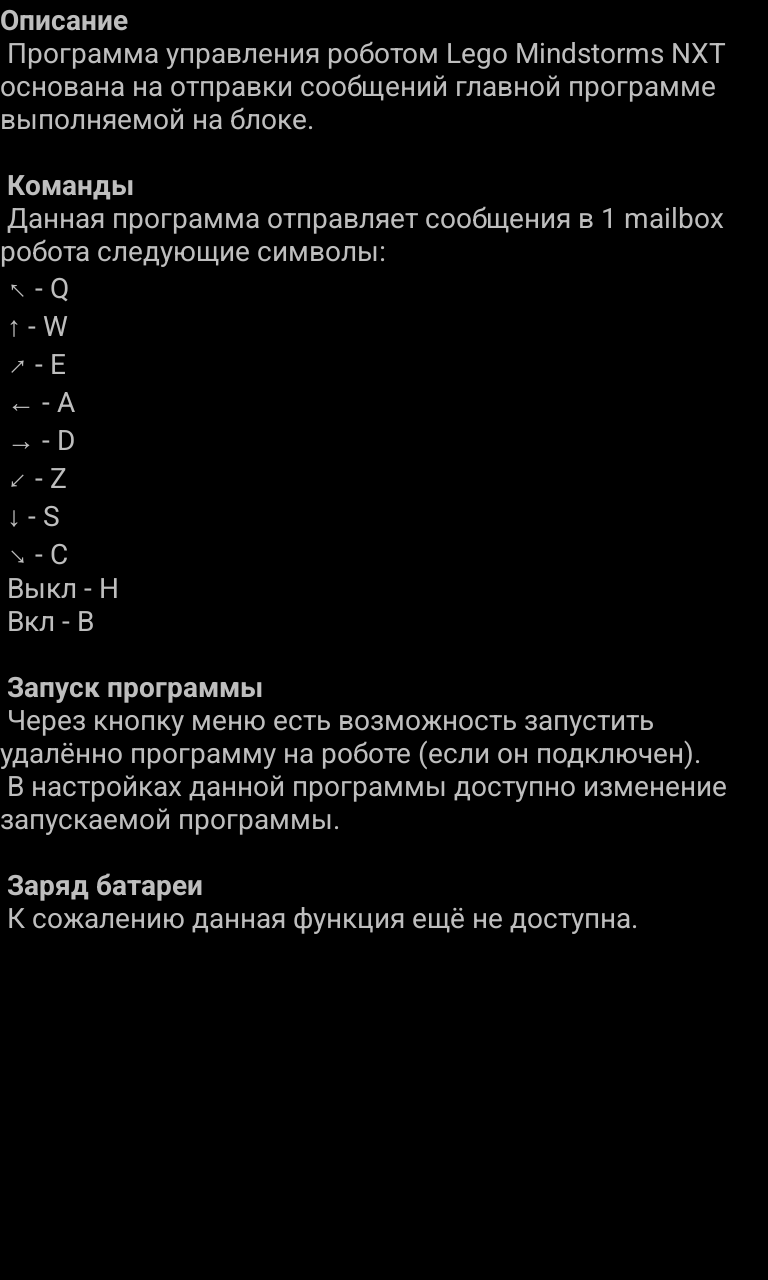
Repository: ssbayanov/panhandlerNXT
Layout: poproshaika/res/layout/help.xml
The author's editor kept a copy of each file at every save. The layout is drawn from the files as they stood at one save, then again after the next save.
It is drawn on a 768 x 1280 px phone screen (xhdpi) without system bars, with theme android:Theme; the app's code is not run.

Above is the layout before, as saved 2012-11-06 07:13:23.

### poproshaika/res/layout/help.xml
<?xml version="1.0" encoding="utf-8"?>
<LinearLayout xmlns:android="http://schemas.android.com/apk/res/android"
    android:layout_width="fill_parent"
    android:layout_height="fill_parent"
    android:orientation="vertical"
    android:scrollX="yes">

    <TextView
        android:id="@+id/help_content"
    	android:layout_width="fill_parent"
    	android:layout_height="fill_parent"
    	android:text="@string/help_content"
        android:gravity="top"
        >

        <requestFocus />
    </TextView>

</LinearLayout>

### poproshaika/res/values/strings.xml
<?xml version="1.0" encoding="utf-8"?>
<resources xmlns:xliff="urn:oasis:names:tc:xliff:document:1.2">

    <string name="app_name">Управление NXT</string>

    <!--  BluetoothChat -->
    <string name="send">Send</string>
    <string name="not_connected">Устройство не подключено</string>
    <string name="bt_not_enabled">Bluetooth выключен.\n Включите его для работы</string>
    <string name="bt_enabled">Bluetooth включен</string>
    <string name="bt_not_supported">Bluetooth не поддерживается</string>
    <string name="title_connecting">Соединение&#8230;</string>
    <string name="title_connected_to">Соединение с <xliff:g id="device_name">%1$s</xliff:g></string>
    <string name="title_not_connected">Не удалось подключиться</string>
    <string name="title_connection_close">Соединение разорвоно</string>


    <!--  DeviceListActivity -->
    <string name="scanning">Сканируем устройства&#8230;</string>
    <string name="select_device">Выберите устройство для соединения</string>
    <string name="none_paired">Нет соединённых устройств</string>
    <string name="none_found">Устройства не найдены</string>
    <string name="button_scan">Найти устройства</string>
    <string name="connected_devices">Подключенные устройства</string>
    <string name="descovered_devices">Найденные устройства</string>

    <!-- Options Menu -->
    <string name="secure_connect">Подключить устройсто</string>
    <string name="run_programm">Запустить программу</string>
    <string name="disconnect">Отключить устройсто</string>
    <string name="discoverable">Сделать видимым</string>
    <string name="help">Помощь</string>

    <!-- Main Layout -->
    <string name="main_title">Программа управления NXT v1.1</string>
    <string name="robot_name">Имя робота</string>
    <string name="foward_left">↖</string>
    <string name="foward">↑</string>
    <string name="foward_right">↗</string>
    <string name="left">←</string>
    <string name="button_scan_off">Выкл</string>
    <string name="button_scan_on">Вкл</string>
    <string name="right">→</string>
    <string name="backward_left">↙</string>
    <string name="backward">↓</string>
    <string name="backward_right">↘</string>

    <!-- Preferances -->
    <string name="preferences">Настройки</string>
    <string name="summary_preferences">Общие</string>
    <string name="title_preference_show_battery">Отобразить заряд баттареи</string>
    <string name="summary_on_preference_show_battery">Отображается</string>
    <string name="summary_off_preference_show_battery">Не отображается</string>
    <string name="robot_preferences">Робот</string>
    <string name="title_preference_name_program">Имя программы</string>
    <string name="title_preference_summary_name_program">Введите имя программы которую требуется запустить на роботе</string>
    <string name="preference_edit_this_text">Имя программы</string>

    <!--  Help  -->
    <string name="help_content">
<b>Описание</b>\n
Программа управления роботом Lego Mindstorms NXT основана на отправки сообщений главной программе выполняемой на блоке.\n\n
<b>Команды</b>\n
Данная программа отправляет сообщения в 1 mailbox робота следующие символы:\n
 ↖ - Q\n
↑ - W\n
 ↗ - E\n
← - A\n
→ - D\n
↙ - Z\n
↓ - S\n
↘ - C\n
Выкл - H\n
Вкл - B\n\n
<b>Запуск программы</b>\n
Через кнопку меню есть возможность запустить удалённо программу на роботе (если он подключен).\n
В настройках данной программы доступно изменение запускаемой программы.\n\n
<b>Заряд батареи</b>\n
К сожалению данная функция ещё не доступна.
</string>
</resources>

After the next save:
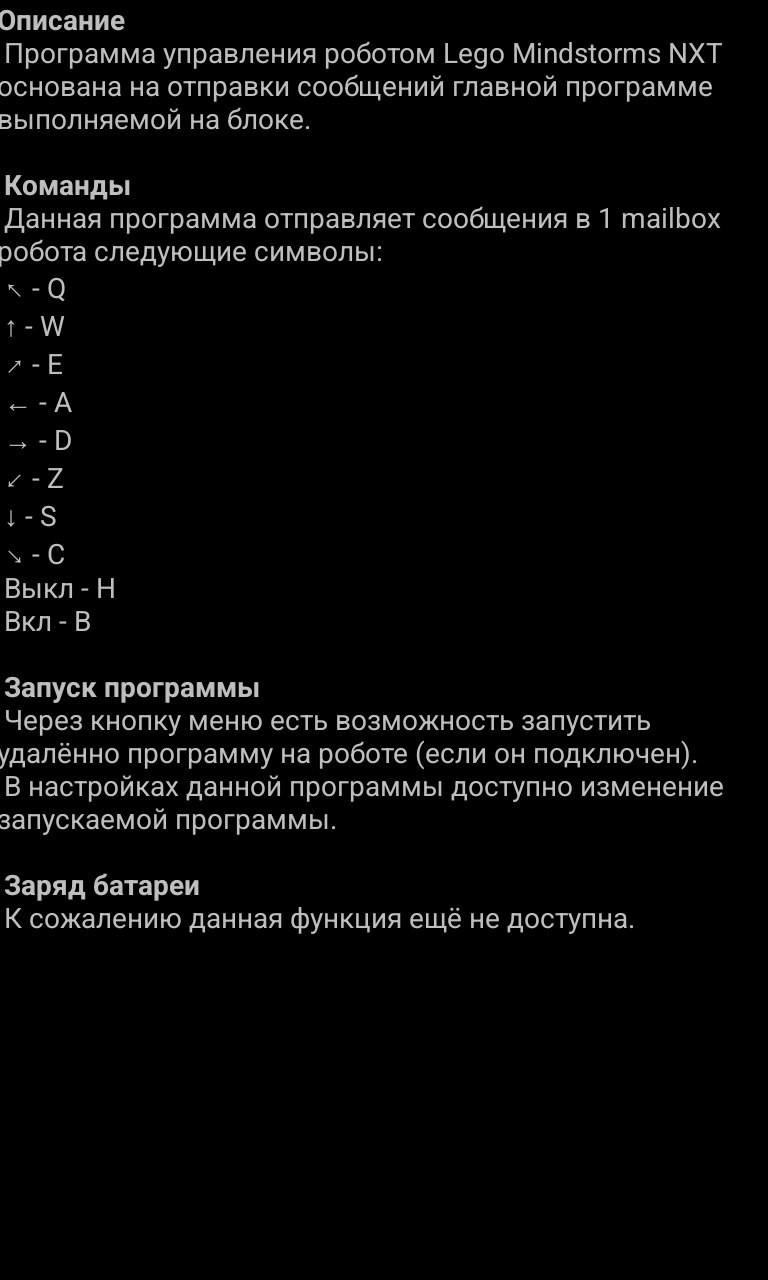
Saved 38 s later.
--- a/poproshaika/res/layout/help.xml
+++ b/poproshaika/res/layout/help.xml
@@ -3,7 +3,7 @@
     android:layout_width="fill_parent"
     android:layout_height="fill_parent"
     android:orientation="vertical"
-    android:scrollX="yes">
+    android:scrollX="3px">
 
     <TextView
         android:id="@+id/help_content"
